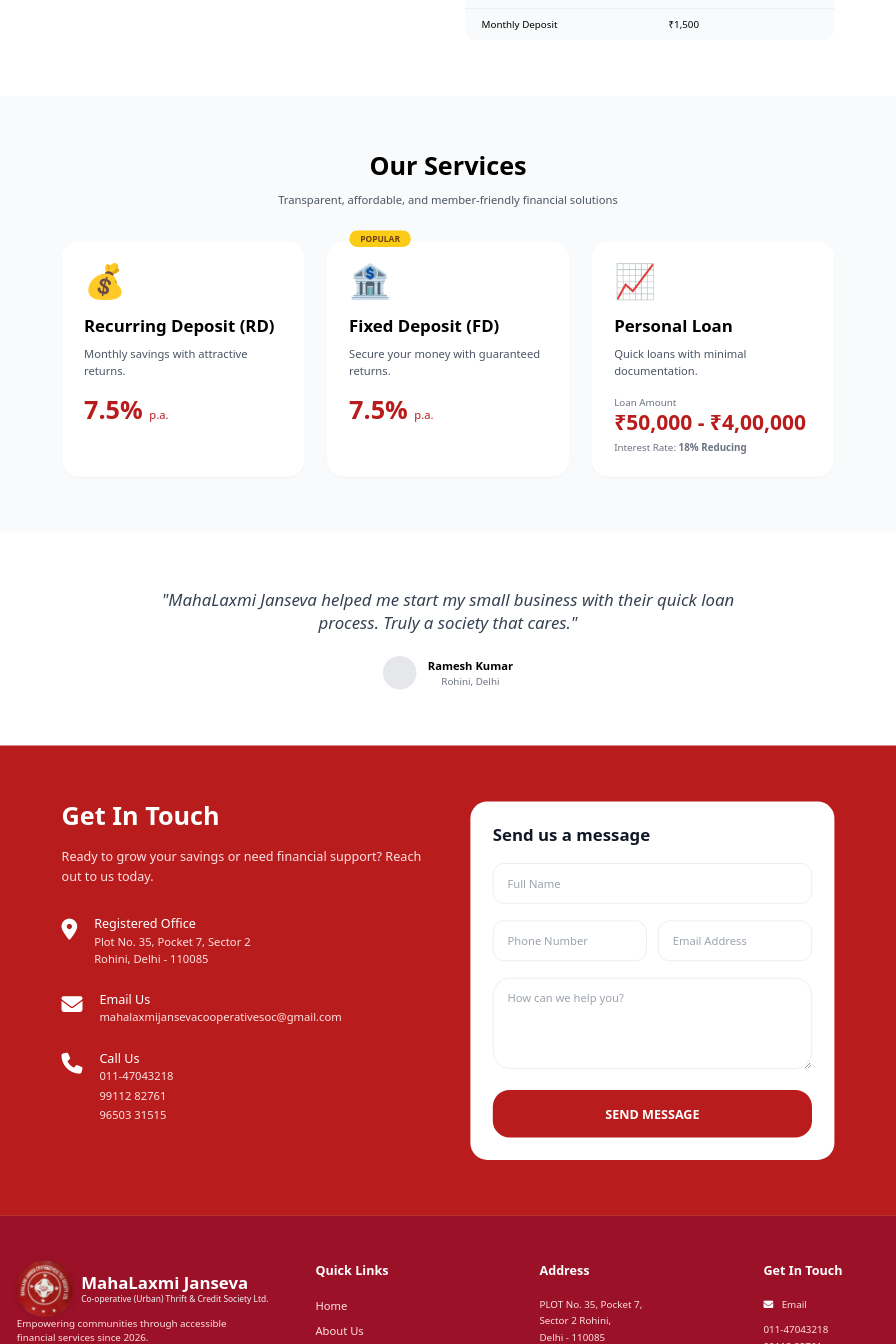
Repository: smritig537/Mahalaxmi
Page: Web.html
An editor plug-in stored every save of this project. The page is shown before and after the next save, followed by the edit.
The browser window is 1280 px wide. The pictures show the part of the page from y = 1460 to 3380 px (the page is 3590 px tall), at 70% of full size.
Some web libraries are served in a nearby version.

Above is the page before, as saved 2026-05-25 01:16:42.

After the next save:
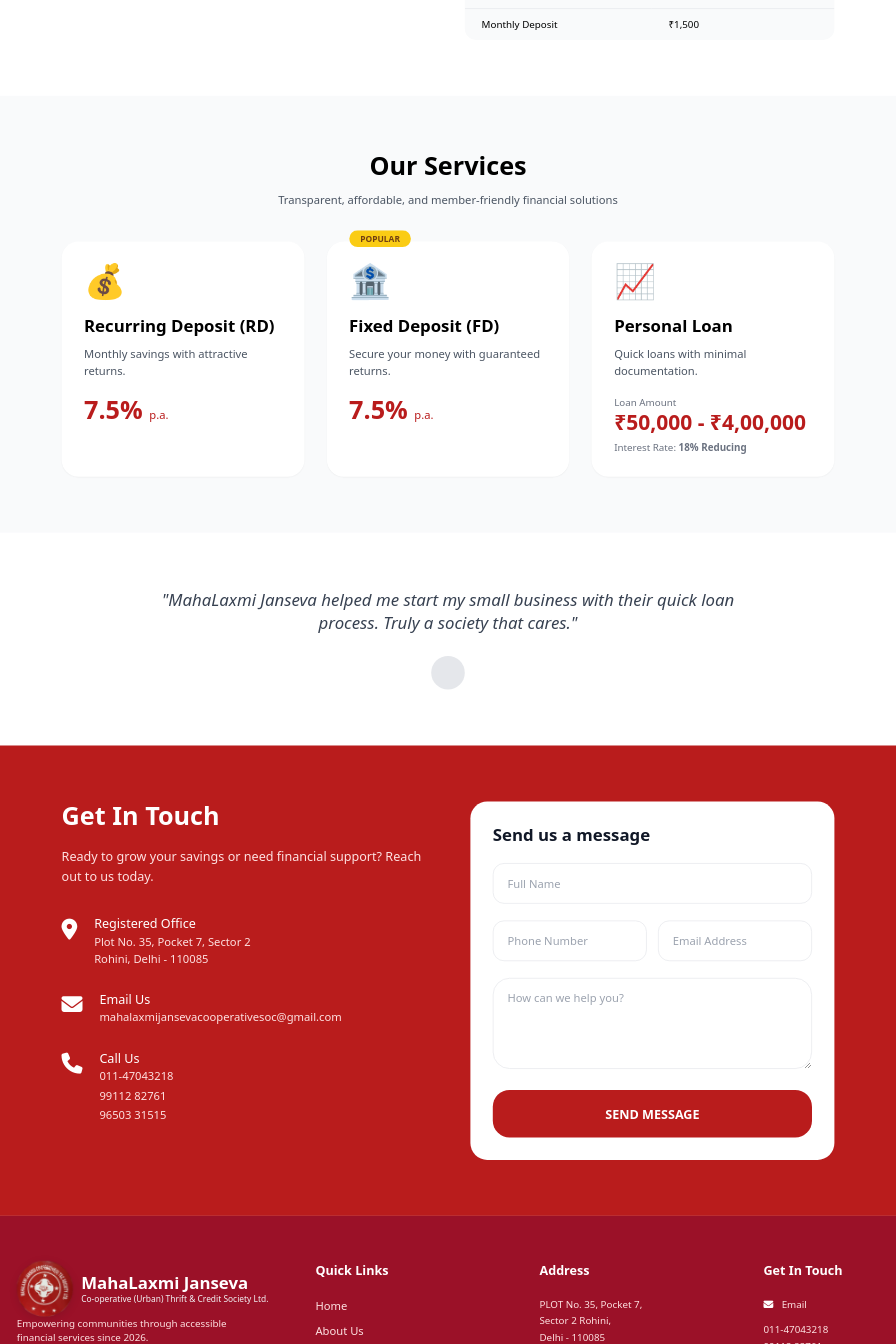
Saved 12 s later.
--- a/Web.html
+++ b/Web.html
@@ -257,10 +257,7 @@
             </div>
             <div class="flex items-center justify-center gap-4">
                 <div class="w-12 h-12 bg-gray-200 rounded-full"></div>
-                <div>
-                    <div class="font-semibold">Ramesh Kumar</div>
-                    <div class="text-sm text-gray-500">Rohini, Delhi</div>
-                </div>
+
             </div>
         </div>
     </section>
